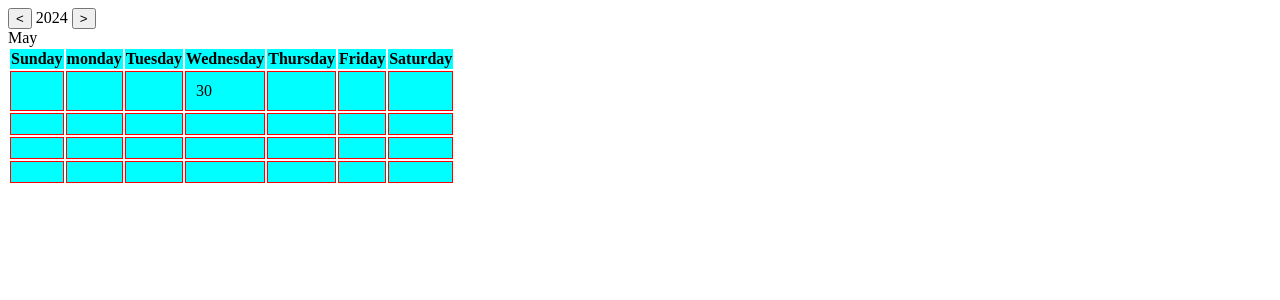
Repository: fateme81yosefi/calendar
Page: index.html
The author's editor kept a copy of each file at every save. The page is drawn from the files as they stood at one save, then again after the next save.
The browser window is 1280 px wide. The pictures show the whole page.

Above is the page before, as saved 2024-05-30 14:06:15.

After the next save:
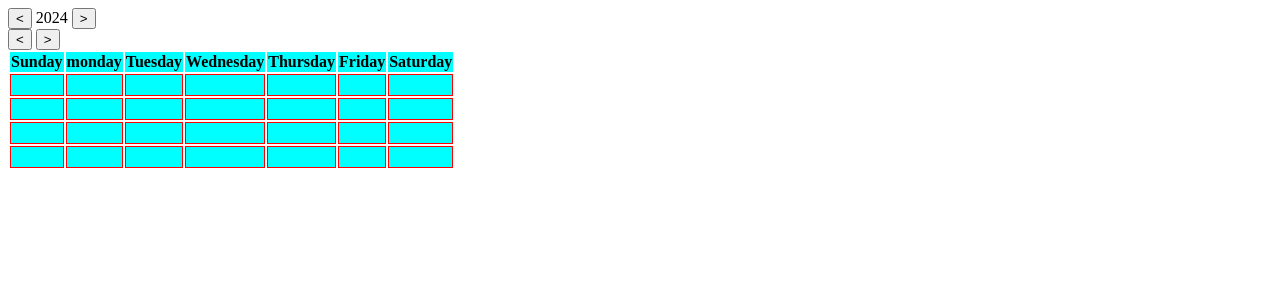
Console error: TypeError: Cannot set properties of null (setting 'innerHTML')
Saved 7 s later.
--- a/index.html
+++ b/index.html
@@ -19,7 +19,7 @@
           <button> > </button>
 
     </div>
-    <div class="contain-month" id="month">
+    <div class="contain-month">
       <button>
         < </button>
 

After the 2 saves that followed:
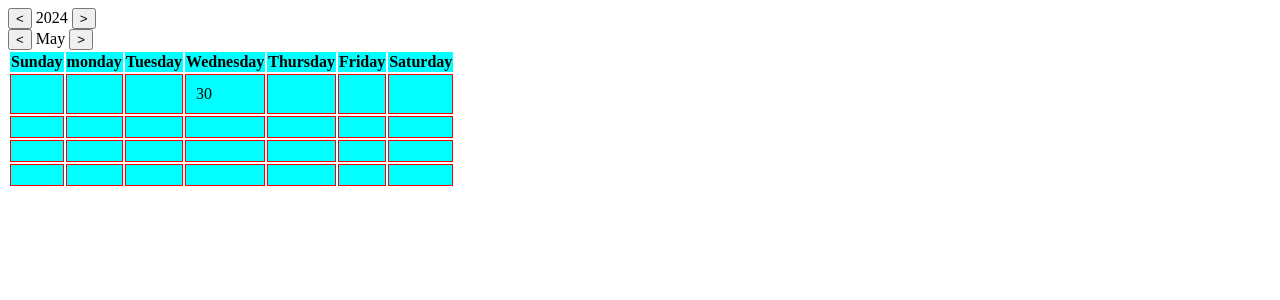
The error is gone.
The 2 saves are shown as one change because they came seconds apart.
The last was saved 6 s later.
--- a/index.html
+++ b/index.html
@@ -22,7 +22,7 @@
     <div class="contain-month">
       <button>
         < </button>
-
+          <span id="month"></span>
           <button>></button>
 
     </div>
